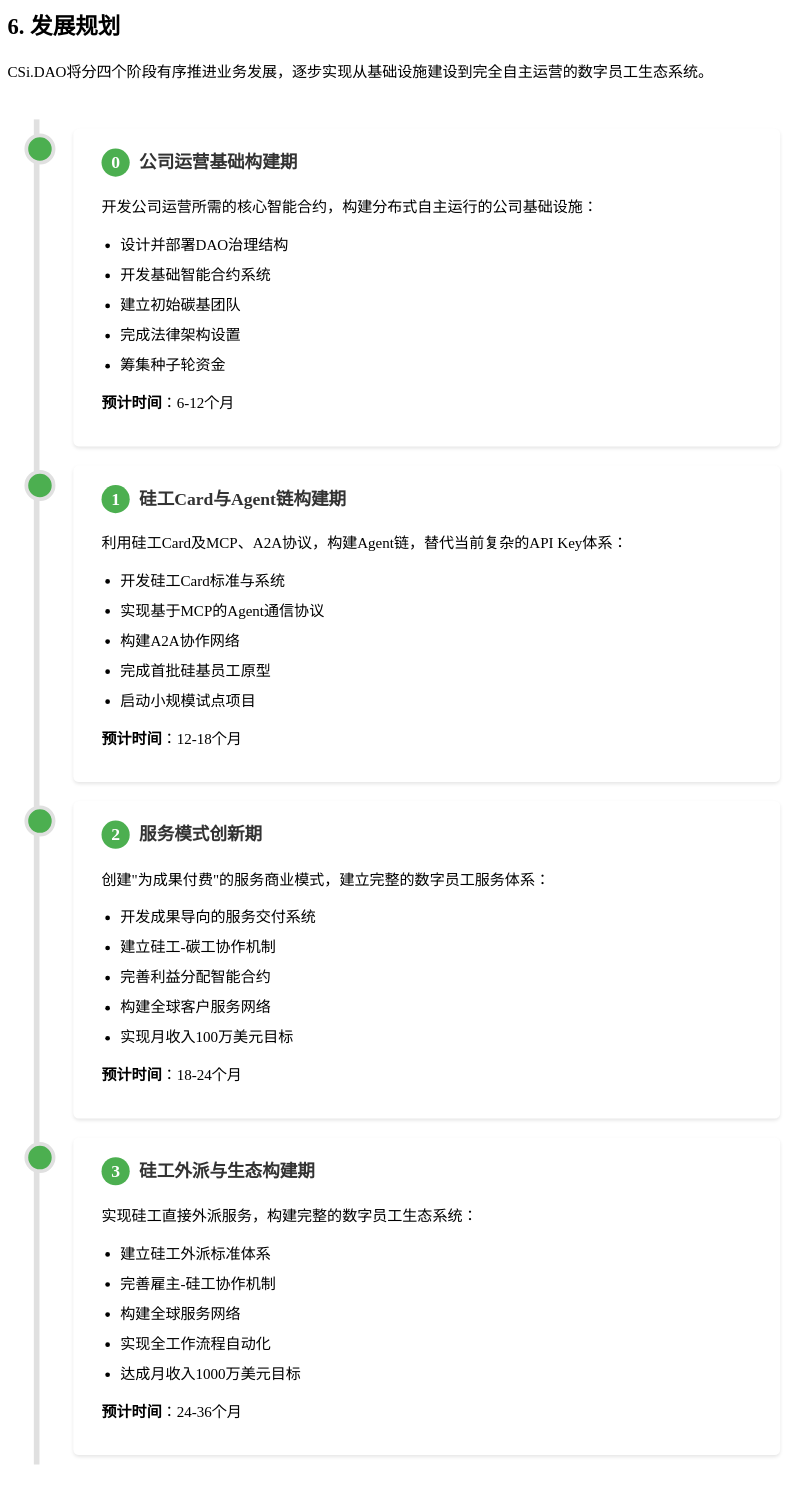
Repository: delez911/ainize
Page: static-site/src/components/development/development.html
The author's editor kept a copy of each file at every save. The page is drawn from the files as they stood at one save, then again after the next save.
The browser window is 768 px wide. The page is 855 px wide, so the pictures cover 855 px, including what lies to the right of the window. The pictures show the whole page, at 94% of full size.

Above is the page before, as saved 2025-04-24 10:05:10.

### static-site/src/components/development/development.html
<section id="development" class="section">
  <div class="section-container">
    <h2 class="section-title">6. 发展规划</h2>
    <div class="content">
      <p>CSi.DAO将分四个阶段有序推进业务发展，逐步实现从基础设施建设到完全自主运营的数字员工生态系统。</p>

      <div class="timeline">
        <div class="timeline-container timeline-left">
          <div class="timeline-content">
            <div class="phase">
              <h3><span class="phase-number">0</span>公司运营基础构建期</h3>
              <p>开发公司运营所需的核心智能合约，构建分布式自主运行的公司基础设施：</p>
              <ul>
                <li>设计并部署DAO治理结构</li>
                <li>开发基础智能合约系统</li>
                <li>建立初始碳基团队</li>
                <li>完成法律架构设置</li>
                <li>筹集种子轮资金</li>
              </ul>
              <p><strong>预计时间</strong>：6-12个月</p>
            </div>
          </div>
        </div>
        <div class="timeline-container timeline-right">
          <div class="timeline-content">
            <div class="phase">
              <h3><span class="phase-number">1</span>硅工Card与Agent链构建期</h3>
              <p>利用硅工Card及MCP、A2A协议，构建Agent链，替代当前复杂的API Key体系：</p>
              <ul>
                <li>开发硅工Card标准与系统</li>
                <li>实现基于MCP的Agent通信协议</li>
                <li>构建A2A协作网络</li>
                <li>完成首批硅基员工原型</li>
                <li>启动小规模试点项目</li>
              </ul>
              <p><strong>预计时间</strong>：12-18个月</p>
            </div>
          </div>
        </div>
        <div class="timeline-container timeline-left">
          <div class="timeline-content">
            <div class="phase">
              <h3><span class="phase-number">2</span>服务模式创新期</h3>
              <p>创建"为成果付费"的服务商业模式，建立完整的数字员工服务体系：</p>
              <ul>
                <li>开发成果导向的服务交付系统</li>
                <li>建立硅工-碳工协作机制</li>
                <li>完善利益分配智能合约</li>
                <li>构建全球客户服务网络</li>
                <li>实现月收入100万美元目标</li>
              </ul>
              <p><strong>预计时间</strong>：18-24个月</p>
            </div>
          </div>
        </div>
        <div class="timeline-container timeline-right">
          <div class="timeline-content">
            <div class="phase">
              <h3><span class="phase-number">3</span>硅工外派与生态构建期</h3>
              <p>实现硅工直接外派服务，构建完整的数字员工生态系统：</p>
              <ul>
                <li>建立硅工外派标准体系</li>
                <li>完善雇主-硅工协作机制</li>
                <li>构建全球服务网络</li>
                <li>实现全工作流程自动化</li>
                <li>达成月收入1000万美元目标</li>
              </ul>
              <p><strong>预计时间</strong>：24-36个月</p>
            </div>
          </div>
        </div>
      </div>
    </div>
  </div>
  <style>
    .timeline {
      position: relative;
      max-width: 1200px;
      margin: 40px auto;
    }

    .timeline::after {
      content: '';
      position: absolute;
      width: 6px;
      background-color: #e0e0e0;
      top: 0;
      bottom: 0;
      left: 50%;
      margin-left: -3px;
    }

    .timeline-container {
      padding: 10px 40px;
      position: relative;
      width: 50%;
    }

    .timeline-left {
      left: 0;
    }

    .timeline-right {
      left: 50%;
    }

    .timeline-content {
      padding: 20px 30px;
      background-color: white;
      position: relative;
      border-radius: 6px;
      box-shadow: 0 2px 4px rgba(0,0,0,0.1);
    }

    .timeline-container::after {
      content: '';
      position: absolute;
      width: 25px;
      height: 25px;
      right: -12px;
      background-color: #4CAF50;
      border: 4px solid #e0e0e0;
      top: 15px;
      border-radius: 50%;
      z-index: 1;
    }

    .timeline-right::after {
      left: -12px;
    }

    .phase h3 {
      margin-top: 0;
      color: #333;
    }

    .phase-number {
      display: inline-block;
      width: 30px;
      height: 30px;
      background-color: #4CAF50;
      color: white;
      text-align: center;
      line-height: 30px;
      border-radius: 50%;
      margin-right: 10px;
    }

    .phase ul {
      padding-left: 20px;
    }

    .phase li {
      margin-bottom: 8px;
    }

    @media screen and (max-width: 768px) {
      .timeline::after {
        left: 31px;
      }

      .timeline-container {
        width: 100%;
        padding-left: 70px;
        padding-right: 25px;
      }

      .timeline-right {
        left: 0;
      }

      .timeline-container::after {
        left: 18px;
      }

      .timeline-right::after {
        left: 18px;
      }
    }
  </style>
</section>

After the next save:
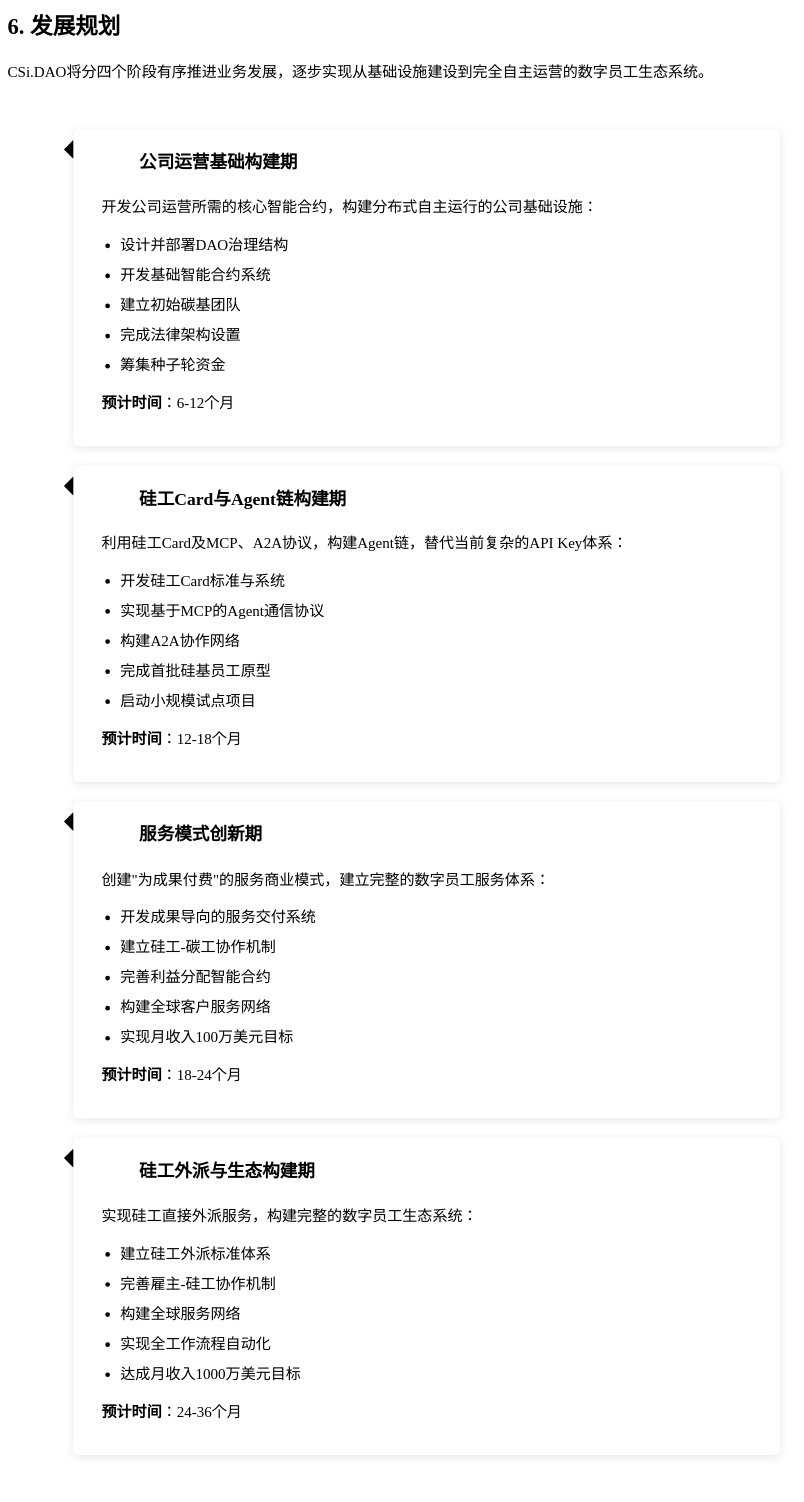
Saved 61 s later.
--- a/static-site/src/components/development/development.html
+++ b/static-site/src/components/development/development.html
@@ -83,7 +83,7 @@
       content: '';
       position: absolute;
       width: 6px;
-      background-color: #e0e0e0;
+      background-color: var(--dark-color);
       top: 0;
       bottom: 0;
       left: 50%;
@@ -93,7 +93,21 @@
     .timeline-container {
       padding: 10px 40px;
       position: relative;
+      background-color: inherit;
       width: 50%;
+    }
+
+    .timeline-container::after {
+      content: '';
+      position: absolute;
+      width: 25px;
+      height: 25px;
+      right: -13px;
+      background-color: white;
+      border: 4px solid var(--secondary-color);
+      top: 15px;
+      border-radius: 50%;
+      z-index: 1;
     }
 
     .timeline-left {
@@ -102,6 +116,36 @@
 
     .timeline-right {
       left: 50%;
+    }
+
+    .timeline-left::before {
+      content: " ";
+      height: 0;
+      position: absolute;
+      top: 22px;
+      width: 0;
+      z-index: 1;
+      right: 30px;
+      border: medium solid var(--light-color);
+      border-width: 10px 0 10px 10px;
+      border-color: transparent transparent transparent var(--light-color);
+    }
+
+    .timeline-right::before {
+      content: " ";
+      height: 0;
+      position: absolute;
+      top: 22px;
+      width: 0;
+      z-index: 1;
+      left: 30px;
+      border: medium solid var(--light-color);
+      border-width: 10px 10px 10px 0;
+      border-color: transparent var(--light-color) transparent transparent;
+    }
+
+    .timeline-right::after {
+      left: -12px;
     }
 
     .timeline-content {
@@ -109,36 +153,19 @@
       background-color: white;
       position: relative;
       border-radius: 6px;
-      box-shadow: 0 2px 4px rgba(0,0,0,0.1);
-    }
-
-    .timeline-container::after {
-      content: '';
-      position: absolute;
-      width: 25px;
-      height: 25px;
-      right: -12px;
-      background-color: #4CAF50;
-      border: 4px solid #e0e0e0;
-      top: 15px;
-      border-radius: 50%;
-      z-index: 1;
-    }
-
-    .timeline-right::after {
-      left: -12px;
+      box-shadow: 0 2px 10px rgba(0,0,0,0.1);
     }
 
     .phase h3 {
       margin-top: 0;
-      color: #333;
+      color: var(--dark-color);
     }
 
     .phase-number {
       display: inline-block;
       width: 30px;
       height: 30px;
-      background-color: #4CAF50;
+      background-color: var(--secondary-color);
       color: white;
       text-align: center;
       line-height: 30px;
@@ -176,6 +203,15 @@
       .timeline-right::after {
         left: 18px;
       }
+
+      .timeline-left::before,
+      .timeline-right::before {
+        left: 60px;
+        border: solid transparent;
+        border-right-color: var(--light-color);
+        border-width: 10px;
+        margin-left: -10px;
+      }
     }
   </style>
 </section>
